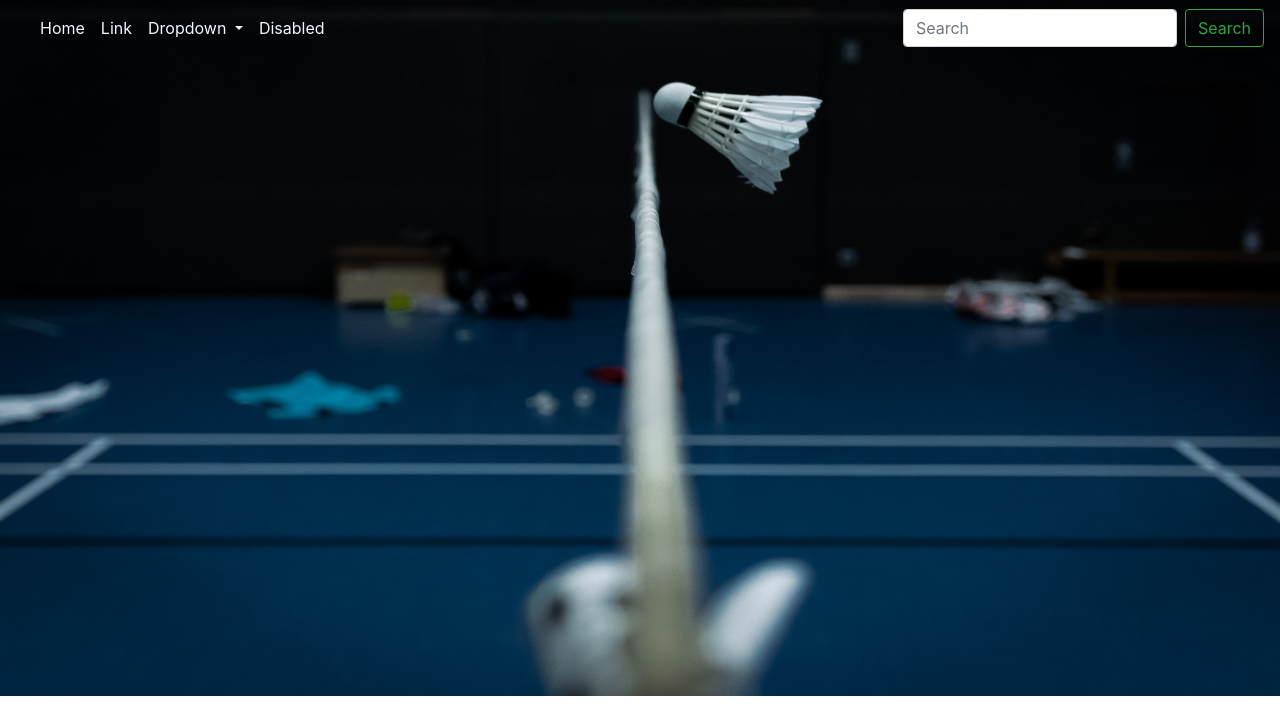
Repository: tsthuy/Badminton
Page: index.html
These files come from the project's save history. The page is drawn as it stood at one moment and after the next save; the edit follows.
The browser window is 1280 px wide. The pictures show the whole page.
Some web libraries are served in a nearby version.

Above is the page before, as saved 2023-10-13 20:14:08.

### index.html
<!DOCTYPE html>
<html lang="en">
<head>
    <meta charset="UTF-8">
    <meta name="viewport" content="width=device-width, initial-scale=1.0">
    <link rel="stylesheet" href="https://cdn.jsdelivr.net/npm/bootstrap@4.0.0/dist/css/bootstrap.min.css" integrity="sha384-Gn5384xqQ1aoWXA+058RXPxPg6fy4IWvTNh0E263XmFcJlSAwiGgFAW/dAiS6JXm" crossorigin="anonymous">
    <link rel="stylesheet" href="main.css">

    <title>Badminton</title>
</head>
<body>

<nav class="navbar navbar-expand-lg navbar-light bg-light " style="background-color: transparent !important;
">
  <a style="color: aliceblue;" class="navbar-brand" href="#">
  </a>
  <button class="navbar-toggler" type="button" data-toggle="collapse" data-target="#navbarSupportedContent" aria-controls="navbarSupportedContent" aria-expanded="false" aria-label="Toggle navigation">
    <span class="navbar-toggler-icon"></span>
  </button>

  <div class="collapse navbar-collapse" id="navbarSupportedContent">
    <ul class="navbar-nav mr-auto">
      <li class="nav-item active">
        <a style="color: aliceblue;" class="nav-link" href="#">Home <span class="sr-only">(current)</span></a>
      </li>
      <li class="nav-item">
        <a style="color: aliceblue;" class="nav-link" href="#">Link</a>
      </li>
      <li class="nav-item dropdown">
        <a style="color: aliceblue;" class="nav-link dropdown-toggle" href="#" id="navbarDropdown" role="button" data-toggle="dropdown" aria-haspopup="true" aria-expanded="false">
          Dropdown
        </a>
        <div style="color: aliceblue;" class="dropdown-menu" aria-labelledby="navbarDropdown">
          <a class="dropdown-item" href="#">Action</a>
          <a class="dropdown-item" href="#">Another action</a>
          <div class="dropdown-divider"></div>
          <a class="dropdown-item" href="#">Something else here</a>
        </div>
      </li>
      <li class="nav-item">
        <a style="color: aliceblue;" class="nav-link disabled" href="#">Disabled</a>
      </li>
    </ul>
    <form class="form-inline my-2 my-lg-0">
      <input class="form-control mr-sm-2" type="search" placeholder="Search" aria-label="Search">
      <button class="btn btn-outline-success my-2 my-sm-0" type="submit">Search</button>
    </form>
  </div>
</nav>
   <div class="background_cover">

    <img class="bg_img" src="./Image/stephan-rothe-VePgmkq3hHI-unsplash.jpg" alt="" style=" margin-top: -80px; height: 100vh; width: 100%;">
   </div>

</body>

<script src="https://code.jquery.com/jquery-3.2.1.slim.min.js" integrity="sha384-KJ3o2DKtIkvYIK3UENzmM7KCkRr/rE9/Qpg6aAZGJwFDMVNA/GpGFF93hXpG5KkN" crossorigin="anonymous"></script>
<script src="https://cdn.jsdelivr.net/npm/popper.js@1.12.9/dist/umd/popper.min.js" integrity="sha384-ApNbgh9B+Y1QKtv3Rn7W3mgPxhU9K/ScQsAP7hUibX39j7fakFPskvXusvfa0b4Q" crossorigin="anonymous"></script>
<script src="https://cdn.jsdelivr.net/npm/bootstrap@4.0.0/dist/js/bootstrap.min.js" integrity="sha384-JZR6Spejh4U02d8jOt6vLEHfe/JQGiRRSQQxSfFWpi1MquVdAyjUar5+76PVCmYl" crossorigin="anonymous"></script>
    </script>
</html>

### main.css
.logo
{
    width: 200px;
   margin-top: -50px;
}

After the next save:
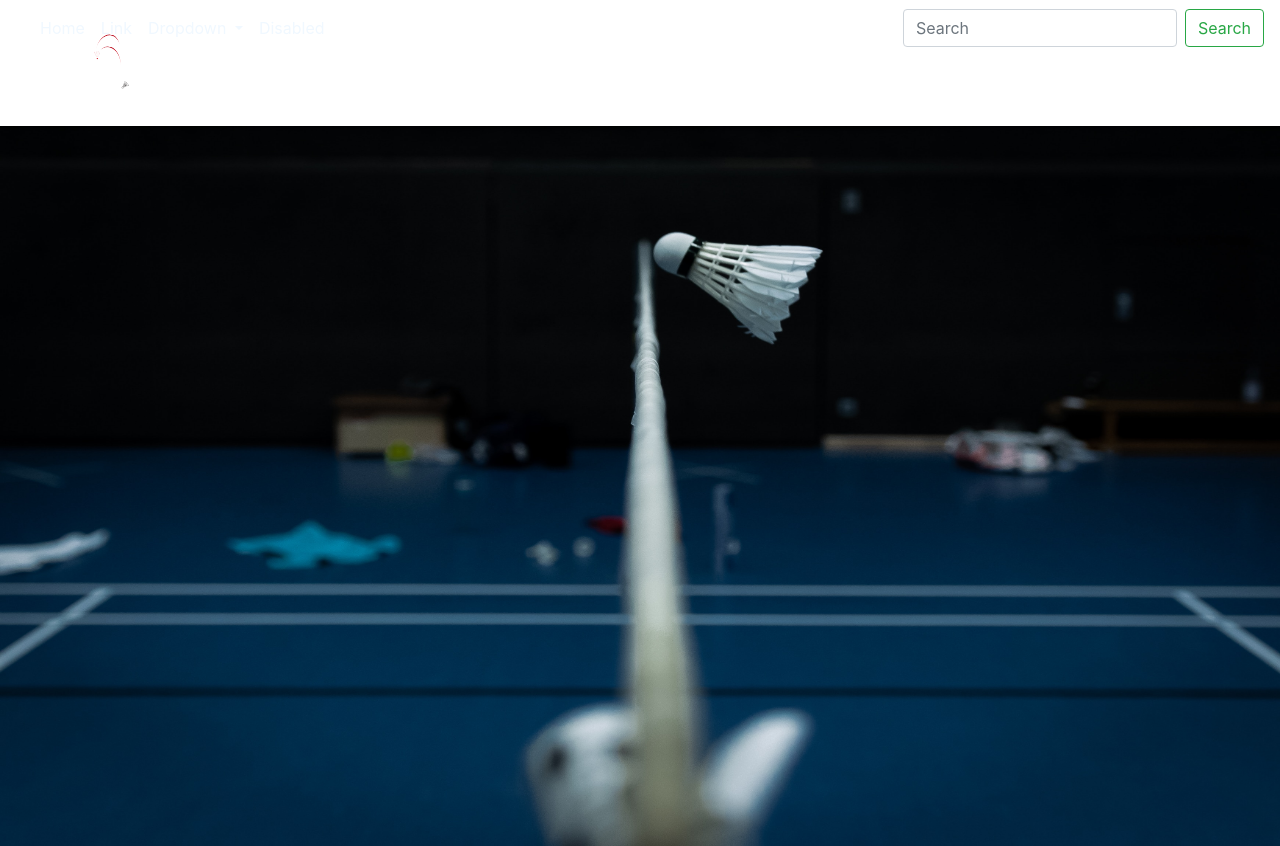
Saved 15 s later.
--- a/index.html
+++ b/index.html
@@ -48,7 +48,7 @@
   </div>
 </nav>
    <div class="background_cover">
-
+    <img class="logo" src="./Image/sport center (1).svg" />
     <img class="bg_img" src="./Image/stephan-rothe-VePgmkq3hHI-unsplash.jpg" alt="" style=" margin-top: -80px; height: 100vh; width: 100%;">
    </div>
 

After the 2 saves that followed:
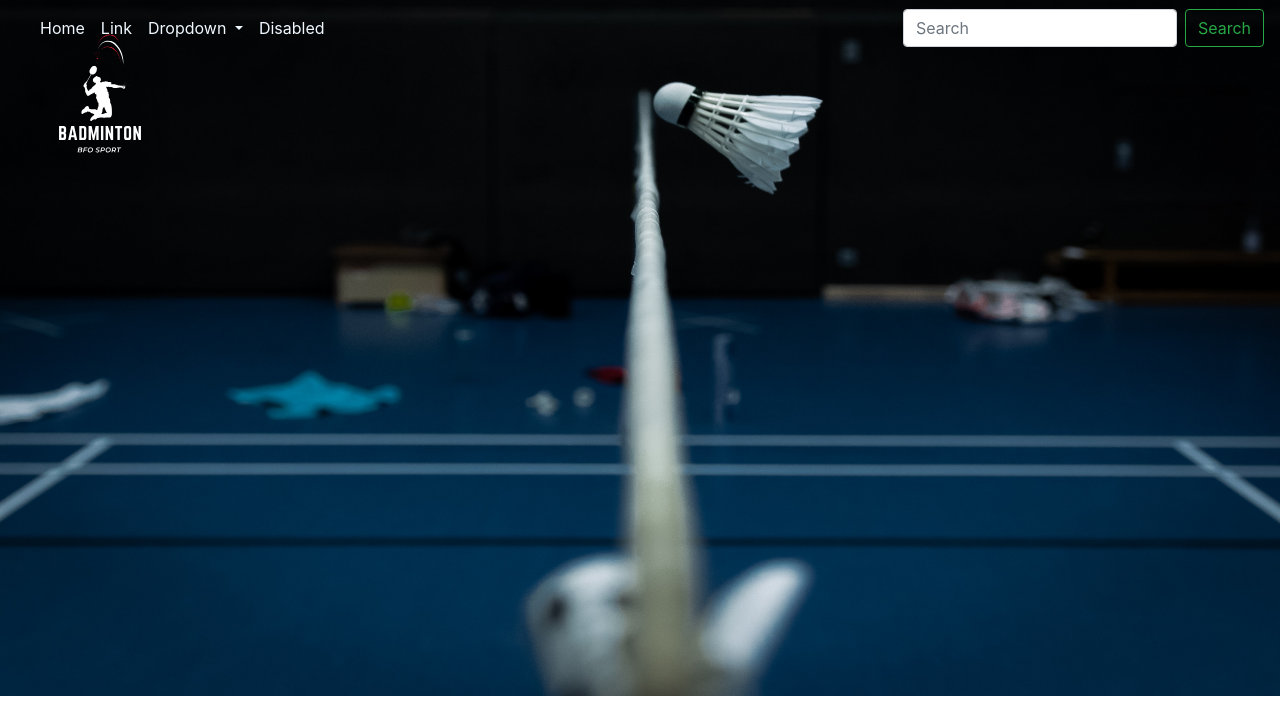
The 2 saves are shown as one change because 1 left the picture as it was.
The last was saved 104 s later.
--- a/index.html
+++ b/index.html
@@ -48,7 +48,9 @@
   </div>
 </nav>
    <div class="background_cover">
+    <div class="">
     <img class="logo" src="./Image/sport center (1).svg" />
+</div>
     <img class="bg_img" src="./Image/stephan-rothe-VePgmkq3hHI-unsplash.jpg" alt="" style=" margin-top: -80px; height: 100vh; width: 100%;">
    </div>
 
--- a/main.css
+++ b/main.css
@@ -2,4 +2,5 @@
 {
     width: 200px;
    margin-top: -50px;
+   position: absolute;
 }
